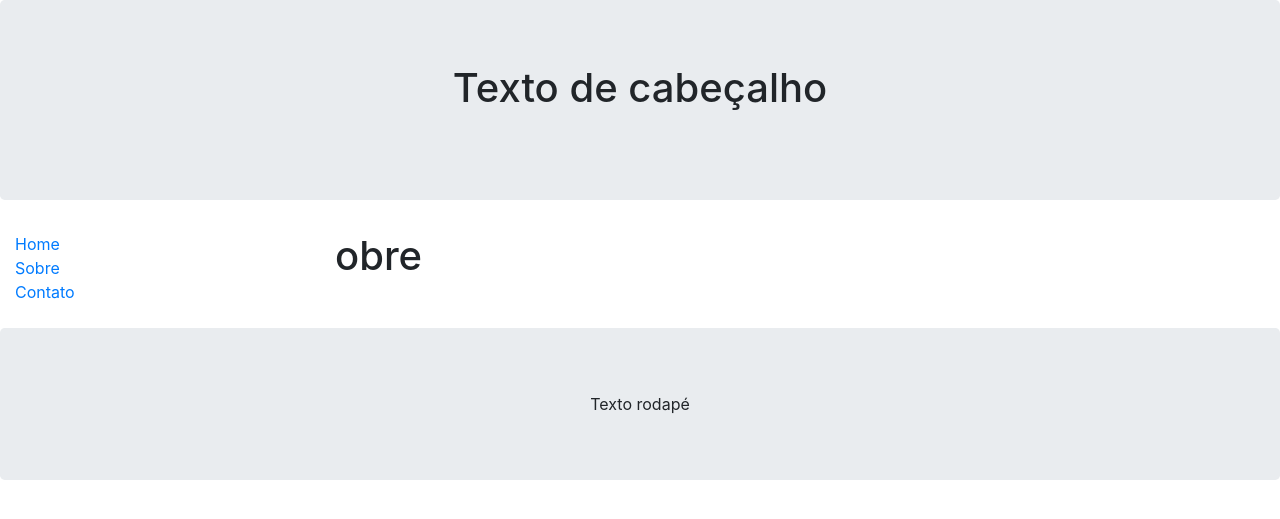
Repository: BrunoCesarAngst/poo
Page: aula04/index.html
An editor plug-in stored every save of this project. The page is shown before and after the next save, followed by the edit.
The browser window is 1280 px wide. The pictures show the whole page.
After loading, the first visible `#sobre` was clicked once.

Above is the page before, as saved 2020-08-21 19:48:05.

### aula04/index.html
<!DOCTYPE html>
<html>
<head>
	<title>Página exemplo LPW</title>
<meta charset="utf-8">

<!-- scripts do BS ou framework de escolha-->
<!-- Latest compiled and minified CSS -->
<link rel="stylesheet" href="https://maxcdn.bootstrapcdn.com/bootstrap/4.4.1/css/bootstrap.min.css">

<!-- jQuery library -->
<script src="https://ajax.googleapis.com/ajax/libs/jquery/3.4.1/jquery.min.js"></script>

<!-- Popper JS -->
<script src="https://cdnjs.cloudflare.com/ajax/libs/popper.js/1.16.0/umd/popper.min.js"></script>

<!-- Latest compiled JavaScript -->
<script src="https://maxcdn.bootstrapcdn.com/bootstrap/4.4.1/js/bootstrap.min.js"></script>


<!-- nossos scripts de css e js-->
<link rel="stylesheet" type="text/css" href="assets/css/style.css">
<script src="assets/js/script.js"></script>


</head>
<body>

<header class="jumbotron">
	<h1>Texto de cabeçalho</h1>
</header>

<div class="container-fluid">
	<div class="row">
		<nav class="col-md-3">
			<a id="home" href="#">Home</a><br>
			<a id="sobre" href="#">Sobre</a><br>
			<a id="form" href="#">Contato</a><br>
			<br>
		</nav>
		<section class="col-md-9">

			<!-- Componentes -->

		</section>
	</div>
</div>

<footer class="jumbotron">

	Texto rodapé<br>

</footer>

</body>
</html>

### aula04/assets/css/style.css
body{
	margin: auto 0px;
}

header{

	text-align: center;
	vertical-align: middle;
	min-height: 200px;
}
nav{

}
section{

}
footer{

	text-align: center;
	min-height: 100px;
}

### aula04/assets/js/script.js
$(document).ready(function() {
  home();
  $('#home').click(function() {
    home();
  });
  $('#sobre').click(function() {
    sobre();
  });
  $('#contato').click(function() {
    contato();
  });
});

function home() {
  $('section').html('<h1>Home</h1>');
}
function sobre() {
  $('section').html('<h1>obre</h1>');
}
function contato() {
  $('section').html('<h1>contato</h1>');
}

After the next save:
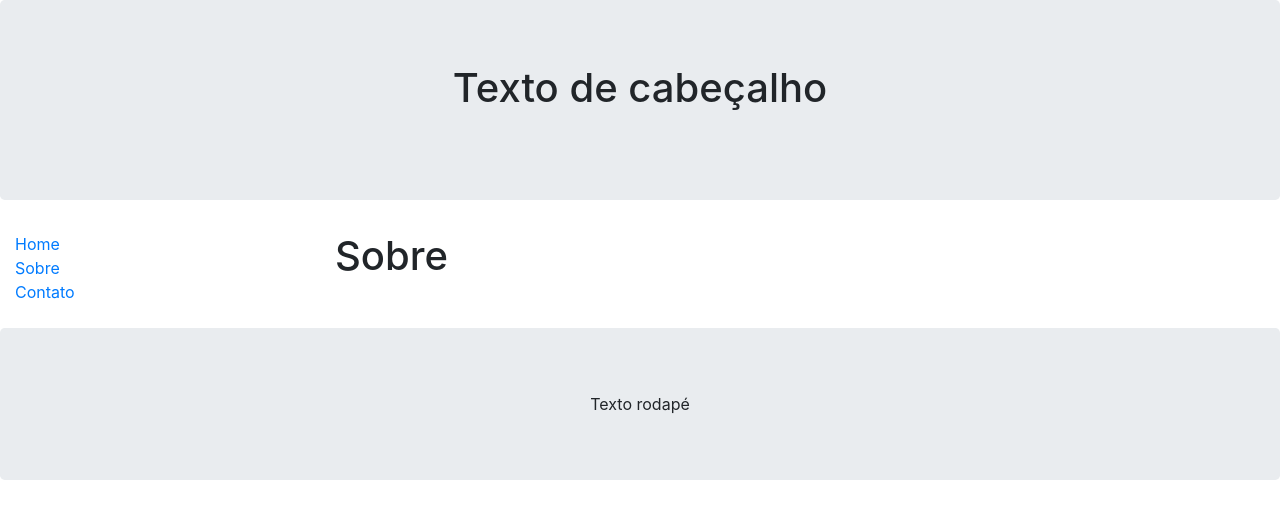
Saved 1 s later.
--- a/aula04/assets/js/script.js
+++ b/aula04/assets/js/script.js
@@ -15,7 +15,7 @@ function home() {
   $('section').html('<h1>Home</h1>');
 }
 function sobre() {
-  $('section').html('<h1>obre</h1>');
+  $('section').html('<h1>Sobre</h1>');
 }
 function contato() {
   $('section').html('<h1>contato</h1>');
